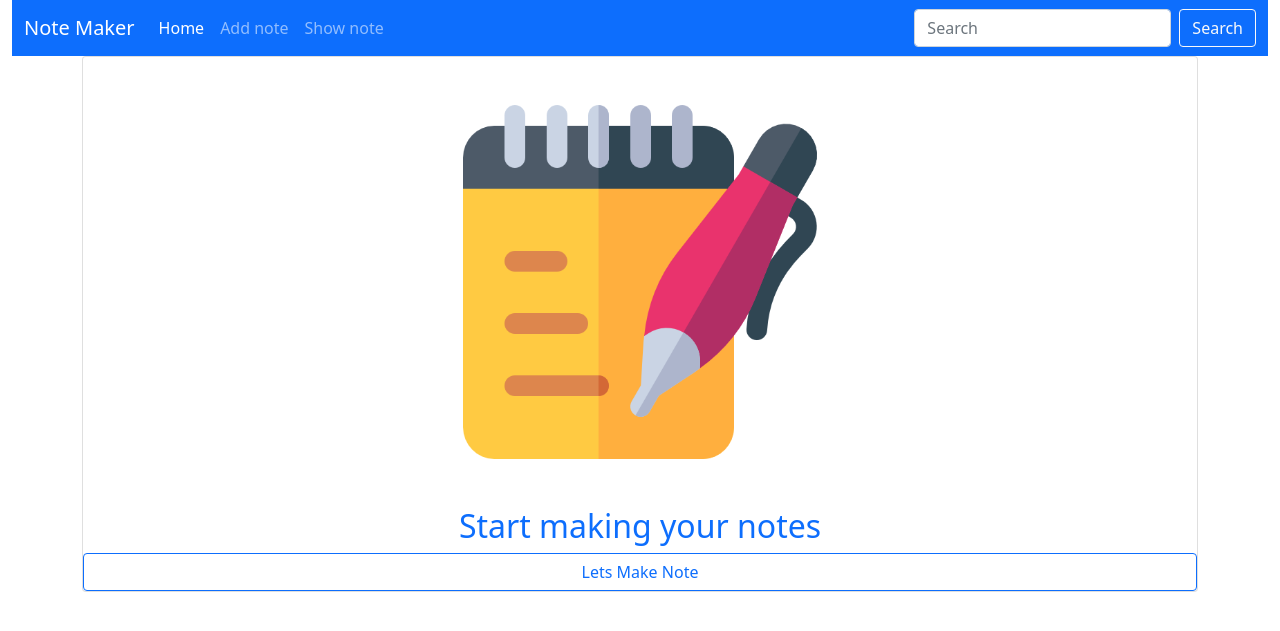
Repository: sachin1830/hibernateproject
Page: http://localhost/com.todolist/
The author's editor kept a copy of each file at every save. The page is drawn from the files as they stood at one save, then again after the next save.
The browser window is 1280 px wide. The pictures show the whole page.
Some web libraries are served in a nearby version. The page is served by Tomcat 9. Other server files are loaded and not shown.

Above is the page before, as saved 2021-01-23 06:02:56.

### com.todolist/src/main/webapp/index.jsp
<!doctype html>
<html lang="en">
  <head>
    <!-- Required meta tags -->
    <meta charset="utf-8">
    <meta name="viewport" content="width=device-width, initial-scale=1">

    <!-- Bootstrap CSS -->
    <link href="https://cdn.jsdelivr.net/npm/bootstrap@5.0.0-beta1/dist/css/bootstrap.min.css" rel="stylesheet" integrity="sha384-giJF6kkoqNQ00vy+HMDP7azOuL0xtbfIcaT9wjKHr8RbDVddVHyTfAAsrekwKmP1" crossorigin="anonymous">

    <title>Todolist</title>
  </head>
  <body>
  	<div class="container-fluid">
  		<%@include file="navbar.jsp" %>
  	</div>
  	<div class="container">
  		<div class="card">
  			<img src="img/notes.png" alt="image not found" style="max-width:450px" class="img-fluid mx-auto p-5">
  			<h2 class="text-center text-primary">Start making your notes </h2>
  			<div class="container">
  			</div>
  			<a class="btn btn-outline-primary">Lets Make Note</a>
  		</div>
  	</div>

    <script src="https://cdn.jsdelivr.net/npm/bootstrap@5.0.0-beta1/dist/js/bootstrap.bundle.min.js" integrity="sha384-ygbV9kiqUc6oa4msXn9868pTtWMgiQaeYH7/t7LECLbyPA2x65Kgf80OJFdroafW" crossorigin="anonymous"></script>
    <script src="https://cdn.jsdelivr.net/npm/@popperjs/core@2.5.4/dist/umd/popper.min.js" integrity="sha384-q2kxQ16AaE6UbzuKqyBE9/u/KzioAlnx2maXQHiDX9d4/zp8Ok3f+M7DPm+Ib6IU" crossorigin="anonymous"></script>
    <script src="https://cdn.jsdelivr.net/npm/bootstrap@5.0.0-beta1/dist/js/bootstrap.min.js" integrity="sha384-pQQkAEnwaBkjpqZ8RU1fF1AKtTcHJwFl3pblpTlHXybJjHpMYo79HY3hIi4NKxyj" crossorigin="anonymous"></script>

  </body>
</html>

### com.todolist/src/main/webapp/navbar.jsp
<nav class="navbar navbar-expand-lg navbar-dark bg-primary">
  <div class="container-fluid">
    <a class="navbar-brand" href="index.jsp">Note Maker</a>
    <button class="navbar-toggler" type="button" data-bs-toggle="collapse" data-bs-target="#navbarSupportedContent" aria-controls="navbarSupportedContent" aria-expanded="false" aria-label="Toggle navigation">
      <span class="navbar-toggler-icon"></span>
    </button>
    <div class="collapse navbar-collapse" id="navbarSupportedContent">
      <ul class="navbar-nav me-auto mb-2 mb-lg-0">

        <li class="nav-item">
          <a class="nav-link active" aria-current="page" href="index.jsp">Home</a>
        </li>
        <li class="nav-item">
          <a class="nav-link" href="add_note.jsp">Add note </a>
        </li>
         <li class="nav-item">
          <a class="nav-link" href="all_note.jsp">Show note </a>
        </li>

      </ul>
      <form class="d-flex">
        <input class="form-control me-2" type="search" placeholder="Search" aria-label="Search">
        <button class="btn btn-outline-light" type="submit">Search</button>
      </form>
    </div>
  </div>
</nav>

After the next save:
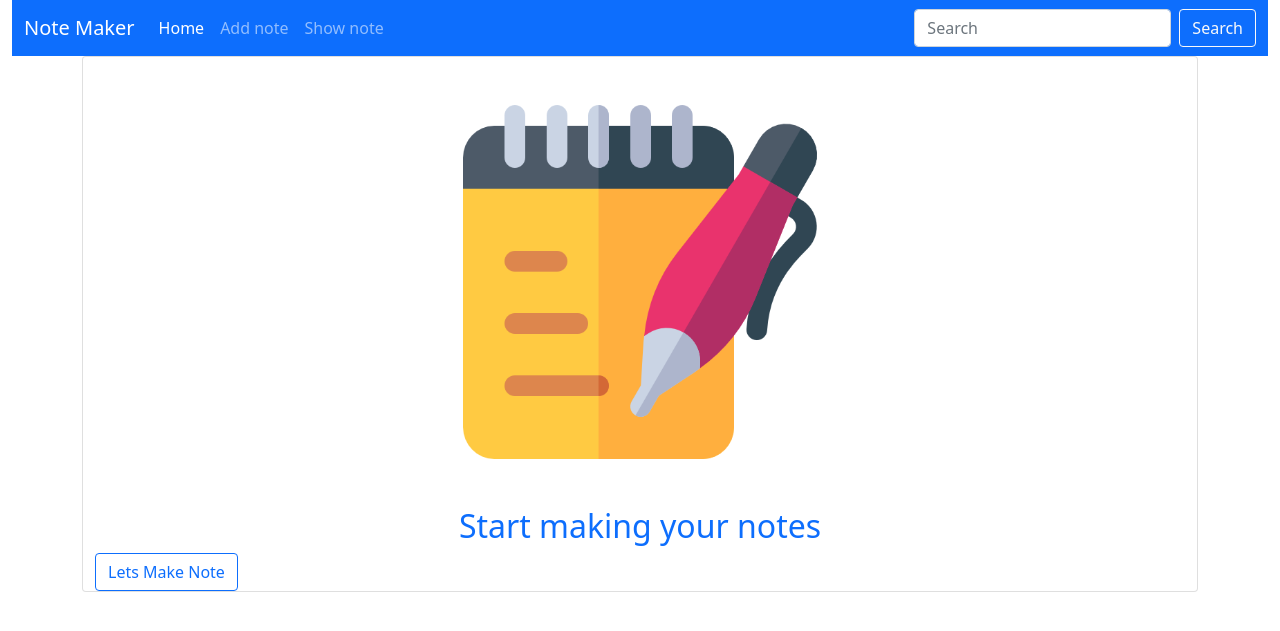
Saved 6 s later.
--- a/com.todolist/src/main/webapp/index.jsp
+++ b/com.todolist/src/main/webapp/index.jsp
@@ -19,8 +19,9 @@
   			<img src="img/notes.png" alt="image not found" style="max-width:450px" class="img-fluid mx-auto p-5">
   			<h2 class="text-center text-primary">Start making your notes </h2>
   			<div class="container">
+  			<a class="btn btn-outline-primary">Lets Make Note</a>
   			</div>
-  			<a class="btn btn-outline-primary">Lets Make Note</a>
+
   		</div>
   	</div>
 
